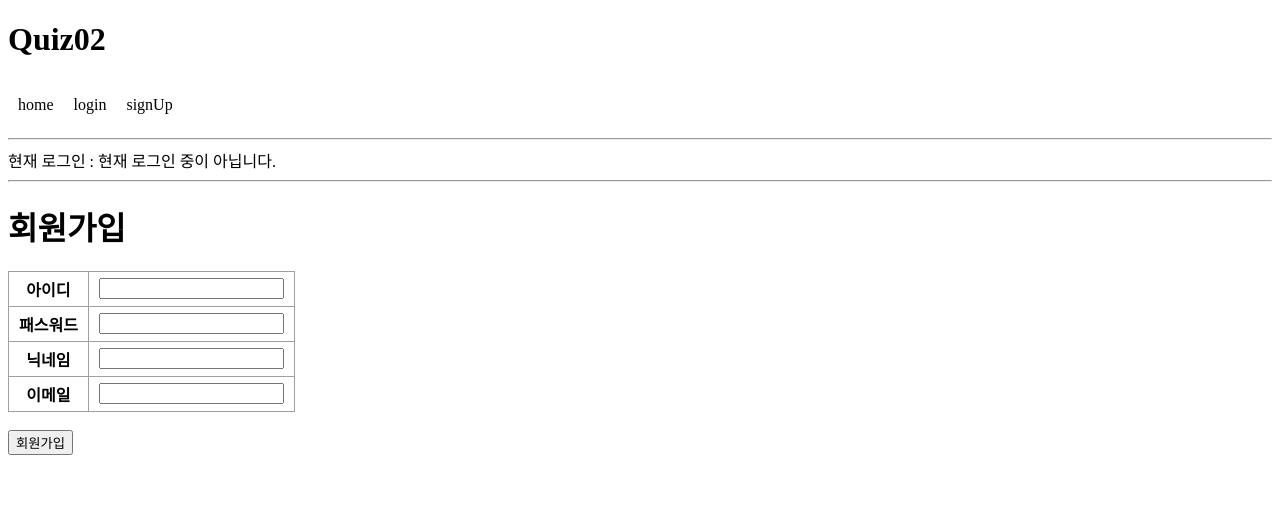
Repository: ChimmyWorld/JSP
Page: http://localhost/Day50/quiz2/signUp.jsp
These files come from the project's save history. The page is drawn as it stood at one moment and after the next save; the edit follows.
The browser window is 1280 px wide. The pictures show the whole page.
The page is served by Tomcat 9. Other server files are loaded and not shown.

Above is the page before, as saved 2023-09-21 01:04:17.

### Day50/WebContent/quiz2/signUp.jsp
<%@ page language="java" contentType="text/html; charset=UTF-8"
    pageEncoding="UTF-8"%>
<%@ include file="header.jsp" %>
<body>
	<h1>회원가입</h1>

<form action="signUp.jsp" method="POST">
	<table class="accounts">
		<tr>
			<th>아이디</th>
			<td><input name="userid" required></td>
		</tr>
		<tr>
			<th>패스워드</th>
			<td><input type="password" name="userpw" required></td>
		</tr>
		<tr>
			<th>닉네임</th>
			<td><input name="nick" required></td>
		</tr>
		<tr>
			<th>이메일</th>
			<td><input type="email" name="email"></td>
		</tr>
	</table>

	<br>

	<button>회원가입</button>
</form>

</body>
</html>

### Day50/WebContent/quiz2/header.jsp
<%@page import="model.AccountDAO"%>
<%@page import="beans.AccountVO"%>
<%@ page language="java" contentType="text/html; charset=UTF-8"
    pageEncoding="UTF-8"%>
<!DOCTYPE html>
<html>
<head>
<meta charset="UTF-8">
<title>header.jsp</title>

<link rel="stylesheet" href="../css/style.css">
<script src="../js/message.js"></script>
</head>
<body>
	<%
		AccountDAO dao = new AccountDAO();
		AccountVO user = (AccountVO)session.getAttribute("user");

		String login = "logout";
		String myPage = "myPage";

		if (user == null) {
			user = new AccountVO();
			user.setNick("현재 로그인 중이 아닙니다.");

			login = "login";
			myPage ="";
		}
	%>

	<h1><a href="home.jsp">Quiz02</a></h1>

	<nav>
		<ul class="menu">
			<li><a href="home.jsp">home</a></li>
			<li><a href="<%=login %>.jsp"><%=login %></a></li>
			<li><a href="signUp.jsp">signUp</a>
			<li><a href="<%=myPage %>.jsp"><%=myPage %></a>
		</ul>
	</nav>

	<hr>
	<div>현재 로그인 : <%=user.getNick() %></div>
	<hr>

</body>
</html>

### Day50/src/model/DAO.java
package model;

import java.sql.Connection;
import java.sql.PreparedStatement;
import java.sql.ResultSet;
import java.sql.SQLException;
import java.sql.Statement;

import javax.naming.Context;
import javax.naming.InitialContext;
import javax.naming.NamingException;
import javax.sql.DataSource;

public class DAO {
	protected Context ct;
	protected DataSource ds;

	protected Connection conn;
	protected Statement stmt;
	protected PreparedStatement pstmt;
	protected ResultSet rs;

	public DAO() {
		try {
			ct = new InitialContext();
			ds = (DataSource) ct.lookup("java:comp/env/jdbc/oracle");



		} catch (NamingException e) {
			System.err.println("생성자 예외" + e.getMessage());
		} finally {
			close();
		}

	}

	protected void close() {
		try {
			if (rs != null) rs.close();
			if (pstmt != null) pstmt.close();
			if (stmt != null) stmt.close();
			if (conn != null) conn.close();

		} catch (Exception e) {}
	}

	public String test() {
		String sql = "select banner from v$version";
		try {
			conn = ds.getConnection();
			stmt = conn.createStatement();
			rs = stmt.executeQuery(sql);

			rs.next();

			return rs.getString("banner");

		} catch (SQLException e) {
			System.err.println("test 예외 :" + e.getMessage());
		} finally {
			close();
		}

		return null;
	}
}

### Day50/src/model/AccountDAO.java
package model;

import java.sql.ResultSet;
import java.sql.SQLException;
import java.util.ArrayList;
import java.util.List;

import beans.AccountVO;

public class AccountDAO extends DAO{

	private AccountVO mapper(ResultSet rs) throws SQLException{
		AccountVO row = new AccountVO();

		row.setEmail(rs.getString("email"));
		row.setIdx(rs.getInt("idx"));
		row.setJoin_date(rs.getDate("join_date"));
		row.setNick(rs.getString("nick"));
		row.setUserid(rs.getString("userid"));
		row.setUserpw(rs.getString("userpw"));

		return row;
	}

	public List<AccountVO> selectAll(){
		String sql = "select * from account";

		try {
			conn = ds.getConnection();
			stmt = conn.createStatement();
			rs = stmt.executeQuery(sql);

			List<AccountVO> list = new ArrayList<>();

			while (rs.next()) {
				AccountVO row = mapper(rs);
				list.add(row);
			}

			return list;
		} catch(SQLException e) {
			System.err.println("selectAll 예외" + e.getMessage());
		} finally {
			close();
		}
		return null;
	}

	public AccountVO selectOne(AccountVO input) {
		String sql = "select * "
				+ "from account where "
				+ "userid = ? "
				+ "and userpw = ?";

		try {
			conn = ds.getConnection();
			pstmt = conn.prepareStatement(sql);

			pstmt.setString(1, input.getUserid());
			pstmt.setString(2, input.getUserpw());

			rs = pstmt.executeQuery();
			rs.next();

			AccountVO row = mapper(rs);

			return row;
		} catch (SQLException e) {
			System.err.println("selectOne 예외 " + e.getMessage());
		} finally {
			close();
		}
		return null;
	}

}

### Day50/src/beans/AccountVO.java
package beans;
/*
 IDX       NOT NULL NUMBER
USERID    NOT NULL VARCHAR2(20)
USERPW    NOT NULL VARCHAR2(20)
NICK      NOT NULL VARCHAR2(100)
EMAIL     NOT NULL VARCHAR2(100)
JOIN_DATE          DATE
 */

import java.sql.Date;

public class AccountVO {
	private int idx;
	private String userid;
	private String userpw;
	private String nick;
	private String Email;
	private Date join_date;
	public int getIdx() {
		return idx;
	}
	public void setIdx(int idx) {
		this.idx = idx;
	}
	public String getUserid() {
		return userid;
	}
	public void setUserid(String userid) {
		this.userid = userid;
	}
	public String getUserpw() {
		return userpw;
	}
	public void setUserpw(String userpw) {
		this.userpw = userpw;
	}
	public String getNick() {
		return nick;
	}
	public void setNick(String nick) {
		this.nick = nick;
	}
	public String getEmail() {
		return Email;
	}
	public void setEmail(String email) {
		Email = email;
	}
	public Date getJoin_date() {
		return join_date;
	}
	public void setJoin_date(Date join_date) {
		this.join_date = join_date;
	}





}

### Day50/WebContent/css/style.css
@charset "UTF-8";
a{
	color: inherit;
	text-decoration: none;
}
a:hover{
	text-decoration: underline;
}
nav {
	display: flex;
	justify-content: space-between;
}
.menu {
	list-style: none;
	padding: 0;
	display: flex;
}
.menu > li {
	margin: 0 10px;
}
.accounts{
	border-collapse: collapse;
}
.accounts th, .accounts td {
	border: 1px solid #a0a0a0;
	padding: 5px 10px;
}

### Day50/WebContent/js/message.js
function message(msg, row) {
	if (row != 0) {
	alert(msg);
	location.href= 'home.jsp';
	}
	else {
		alert('로그인 실패');
			history.back();
		}
}

After the next save:
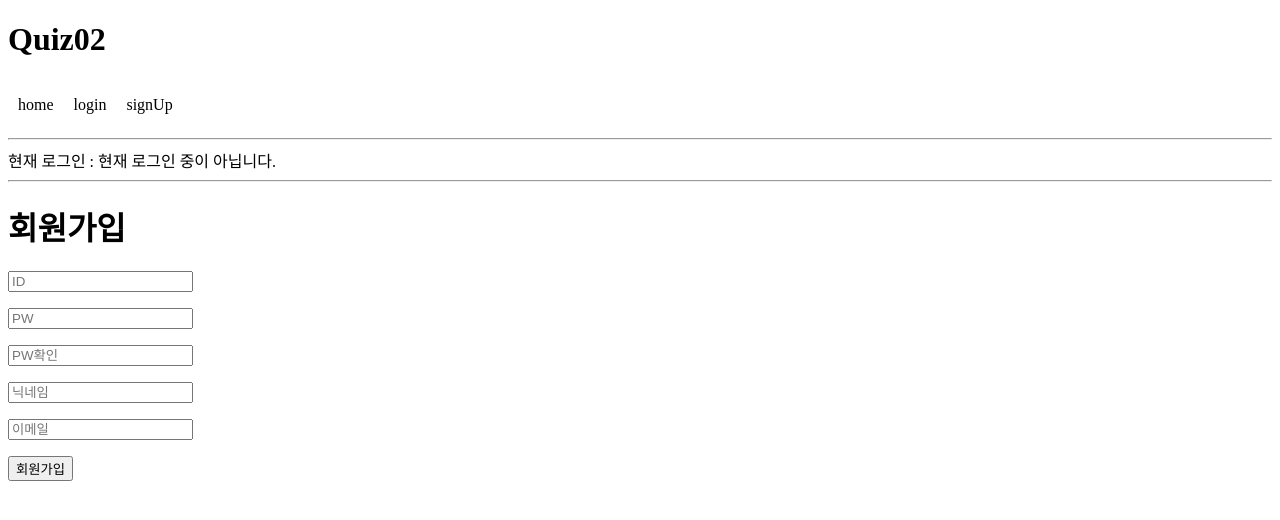
Saved 4 min 28 s later.
--- a/Day50/WebContent/quiz2/signUp.jsp
+++ b/Day50/WebContent/quiz2/signUp.jsp
@@ -4,30 +4,18 @@
 <body>
 	<h1>회원가입</h1>
 
-<form action="signUp.jsp" method="POST">
-	<table class="accounts">
-		<tr>
-			<th>아이디</th>
-			<td><input name="userid" required></td>
-		</tr>
-		<tr>
-			<th>패스워드</th>
-			<td><input type="password" name="userpw" required></td>
-		</tr>
-		<tr>
-			<th>닉네임</th>
-			<td><input name="nick" required></td>
-		</tr>
-		<tr>
-			<th>이메일</th>
-			<td><input type="email" name="email"></td>
-		</tr>
-	</table>
+<article>
+		<form action="signUpPro.jsp" method="POST">
 
-	<br>
+			<p><input name="userid" placeholder="ID" required></p>
+			<p><input name="userpw" type="password" placeholder="PW" required></p>
+			<p><input name="userpw" type="password" placeholder="PW확인" required></p>
+			<p><input name="nick" placeholder="닉네임" required></p>
+			<p><input name="email" type="email" placeholder="이메일" required></p>
 
-	<button>회원가입</button>
-</form>
+			<button>회원가입</button>
+		</form>
+	</article>
 
 </body>
 </html>
